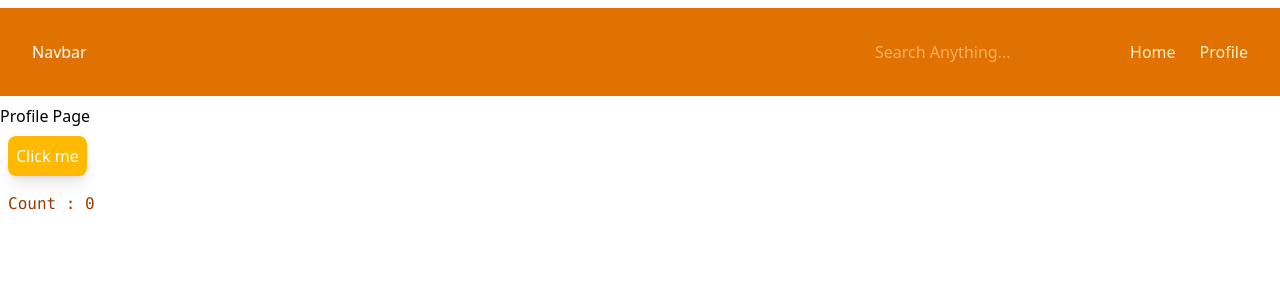
Repository: samit2059/CollegeReact
Page: / (app in react/collegereact/)
An editor plug-in stored every save of this project. The page is shown before and after the next save, followed by the edit.
The browser window is 1280 px wide. The pictures show the whole page.
The project was rebuilt for these pictures with package versions that can differ from the ones it lists, and the page was loaded fresh each time. Also part of the build but not shown: react/collegereact/vite.config.js, react/collegereact/src/App.jsx, react/collegereact/src/navbar.jsx, react/collegereact/src/Props Example/First.jsx, react/collegereact/src/Props Example/Second.jsx.

Above is the page before, as saved 2026-01-21 10:52:33.

After the next save:
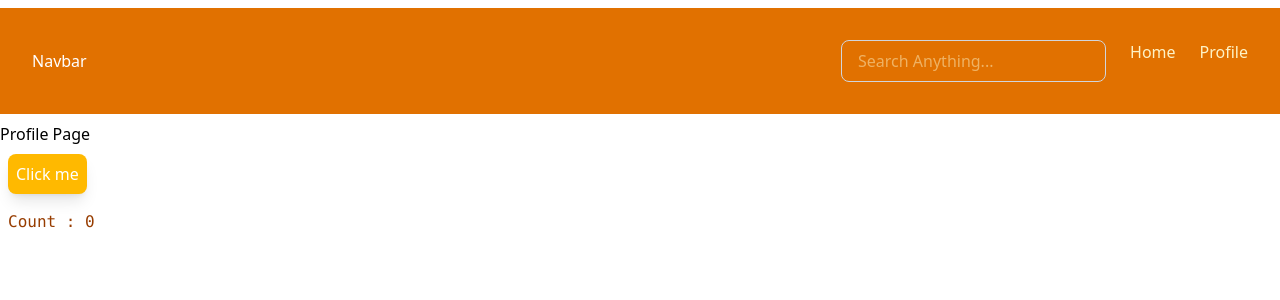
Saved 15 s later.
--- a/react/collegereact/src/nav1.jsx
+++ b/react/collegereact/src/nav1.jsx
@@ -38,7 +38,7 @@ const Nav1 = () => {
       <h1 className='navelement'>Navbar</h1>
       <div className='menus flex gap-6'>
         <div className='max-w-md mx-auto '>
-            <input placeholder='Search Anything...' onChange={handleChangeOnsearch} className=''/>
+            <input placeholder='Search Anything...' onChange={handleChangeOnsearch} className='w-full px-4 py-2 border border-gray-300 rounded-lg focus:ring-2 focus:ring-blue-500 focus:border-transparent outline-none transition-all'/>
         </div>
         <h4 onClick={(e) => {
           console.log("home clicked");
